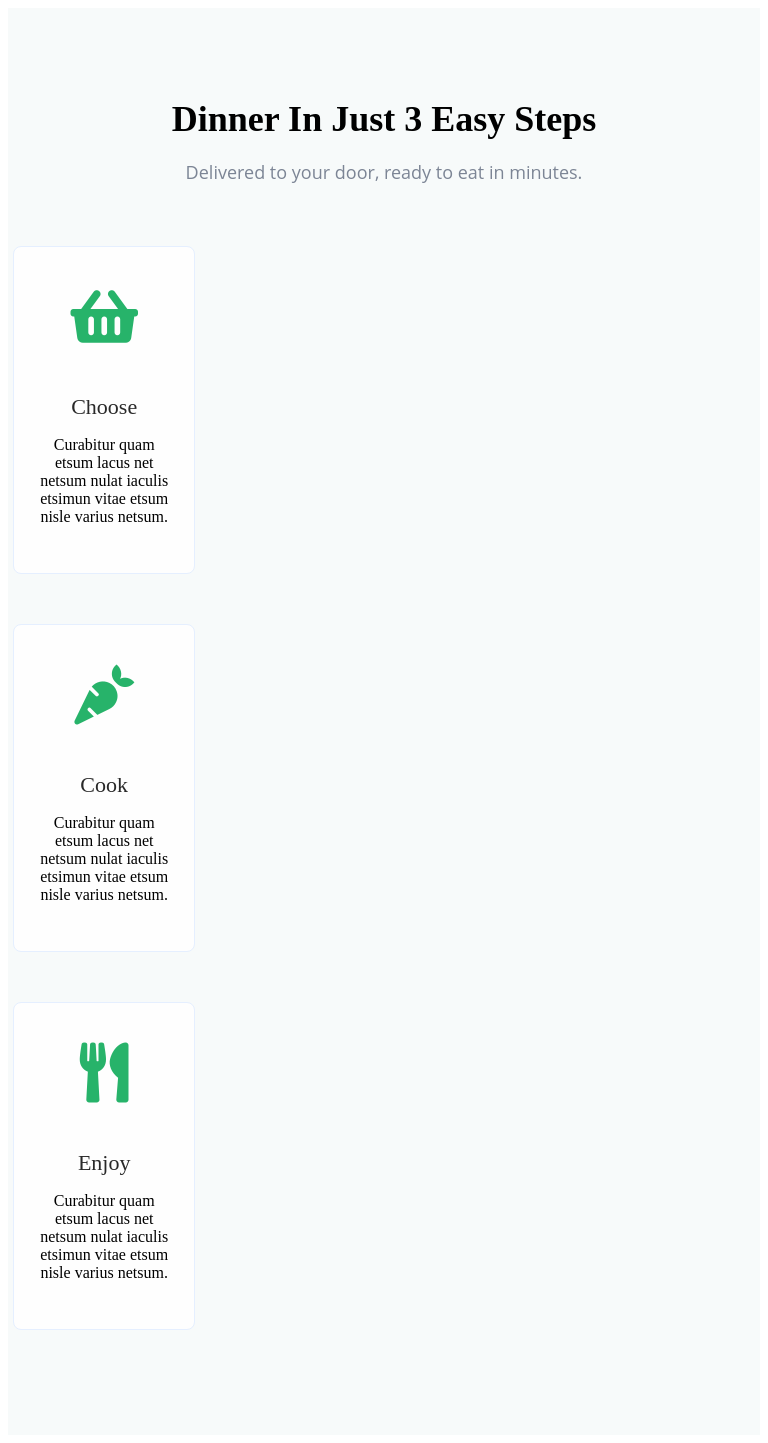
Repository: ST-United-Internship/leadpage
Page: card-UI.html
The author's editor kept a copy of each file at every save. The page is drawn from the files as they stood at one save, then again after the next save.
The browser window is 768 px wide. The pictures show the whole page.

Above is the page before, as saved 2023-03-15 15:40:10.

After the next save:
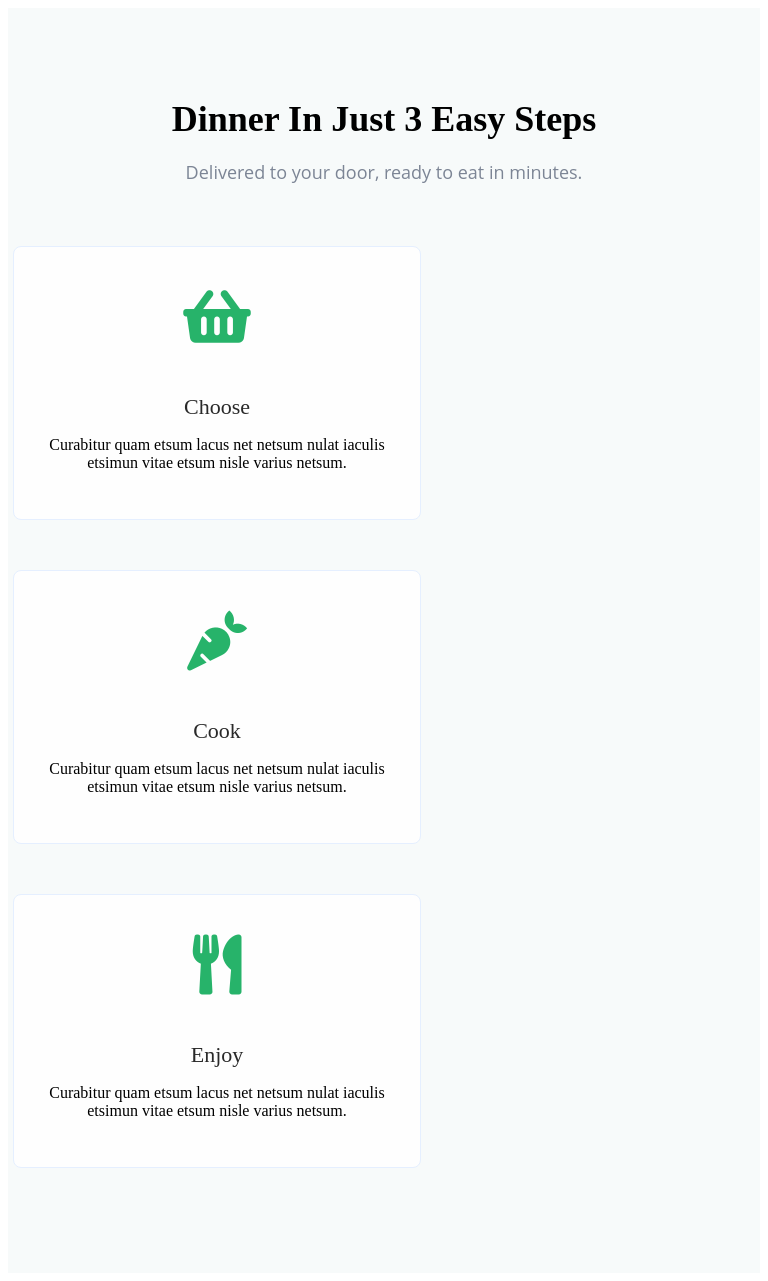
Saved 6 s later.
--- a/css/card-UI.css
+++ b/css/card-UI.css
@@ -87,5 +87,7 @@ section{
     .columm{
         flex-direction: column;
     }
-    .
+    .title-card{
+        width: 50%;
+    }
 }
